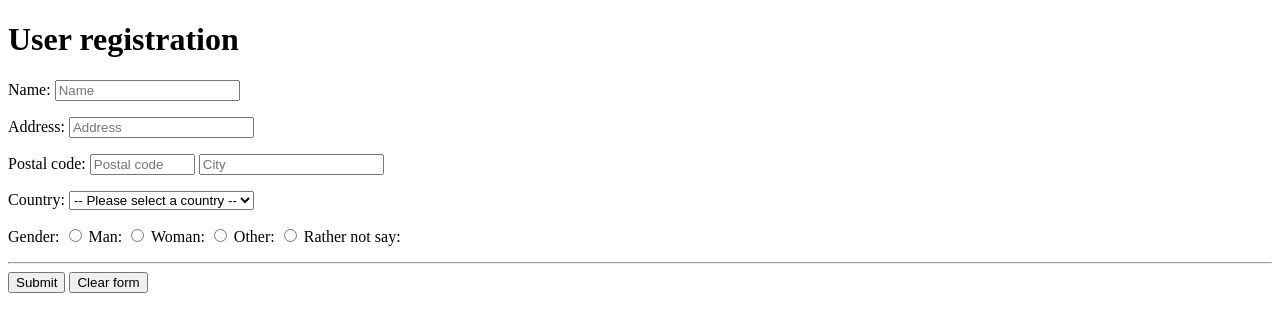
Repository: Filip-Husic/AW_frontend
Page: ex3Forms.html
The author's editor kept a copy of each file at every save. The page is drawn from the files as they stood at one save, then again after a run of saves.
The browser window is 1280 px wide. The pictures show the whole page.

Above is the page before, as saved 2022-11-23 11:47:15.

After the next 3 saves:
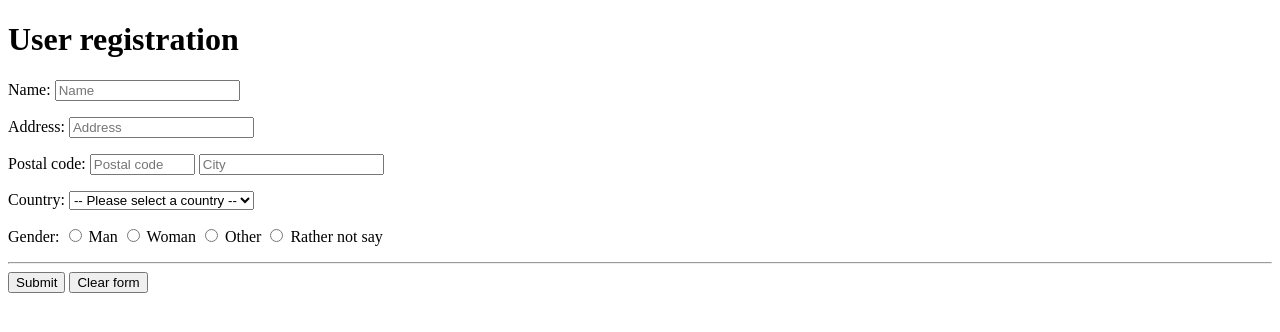
The 3 saves are shown as one change because they came seconds apart.
The last was saved 10 s later.
--- a/ex3Forms.html
+++ b/ex3Forms.html
@@ -37,13 +37,13 @@
         <p>
             Gender:
             <input type="radio" name="gender" id="man">
-            <label for="man">Man:</label>
+            <label for="man">Man</label>
             <input type="radio" name="gender" id="woman">
-            <label for="woman">Woman:</label>
+            <label for="woman">Woman</label>
             <input type="radio" name="gender" id="other">
-            <label for="other">Other:</label>
+            <label for="other">Other</label>
             <input type="radio" name="gender" id="none">
-            <label for="none">Rather not say:</label>
+            <label for="none">Rather not say</label>
         </p>
         <hr>
         <button type="submit">Submit</button>
